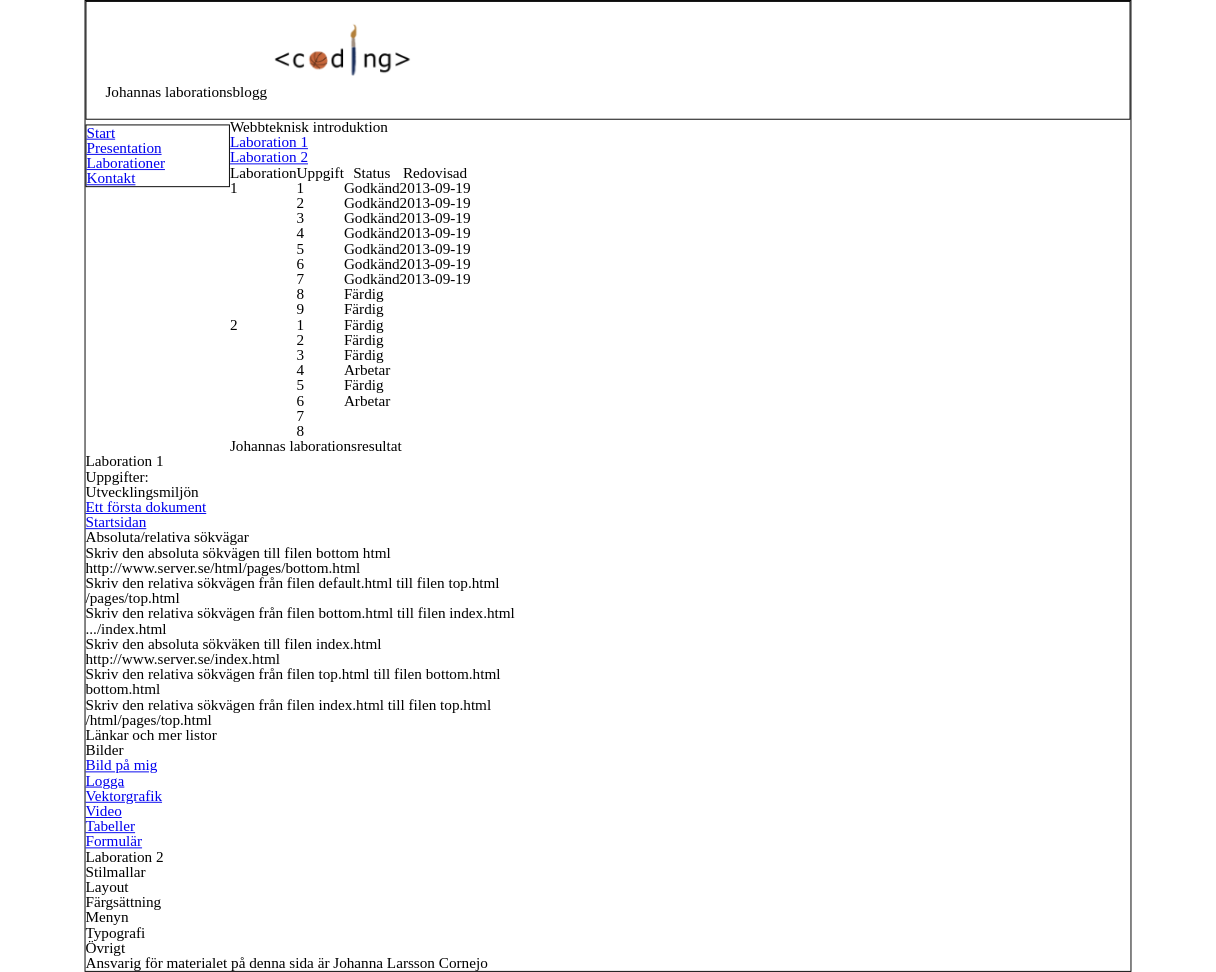
Repository: jc222fi/1ik415-laborationer
Page: pages/laborationer.html
The author's editor kept a record of every edit. The page is drawn from the files as they stood at one moment, then again after the next edit.
The browser window is 1280 px wide. The pictures show the whole page, at 95% of full size.

Above is the page before.

After the next edit:
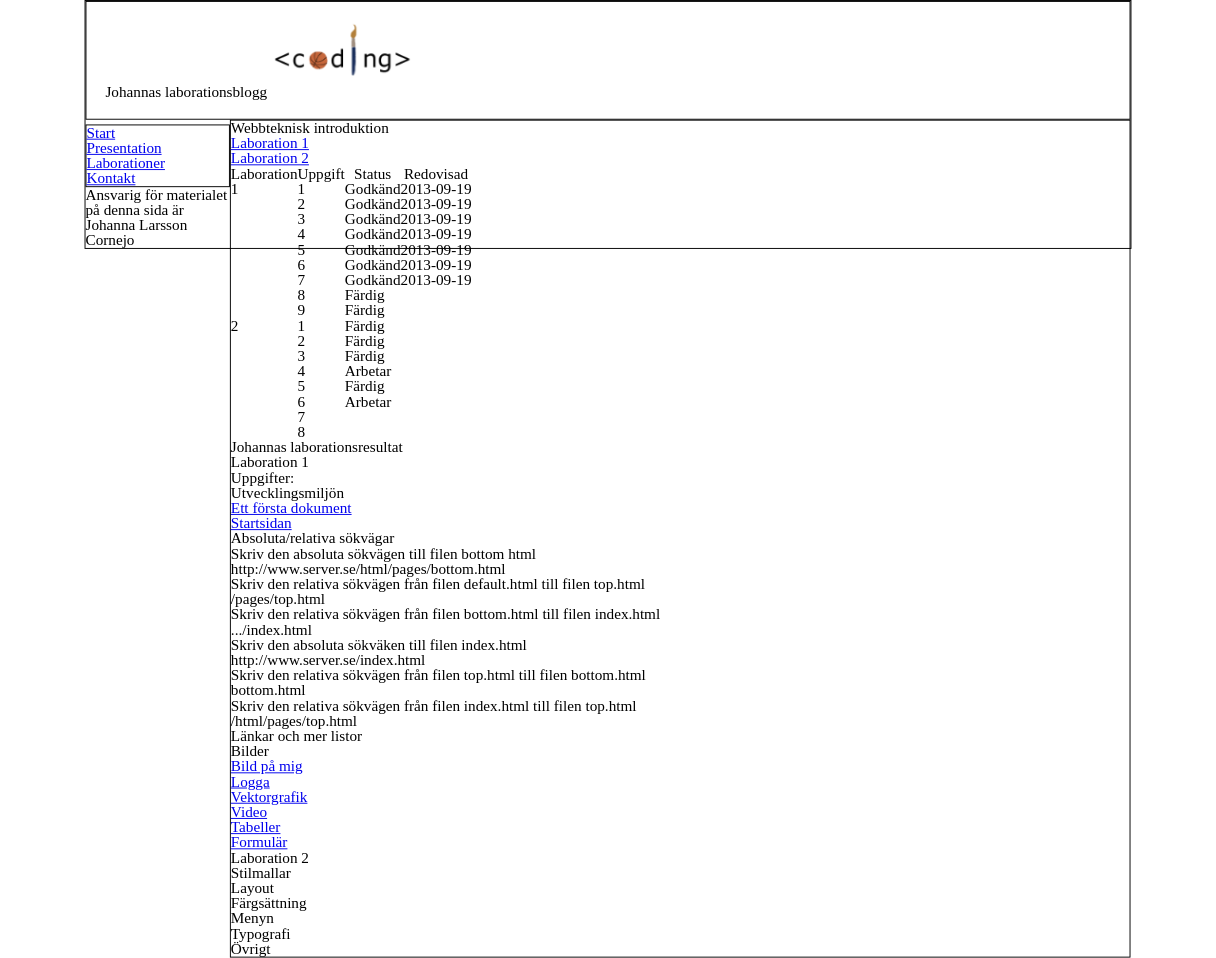
The edit:
--- a/pages/laborationer.html
+++ b/pages/laborationer.html
@@ -20,7 +20,7 @@
                 <li><a href="pages/kontakt.html">Kontakt</a></li>
             </ul>
         </div>
-        <div class="main">
+        <div id="content">
         <h2>Webbteknisk introduktion</h2>
         <ul>
             <li><a href="#lab1">Laboration 1</a></li>
